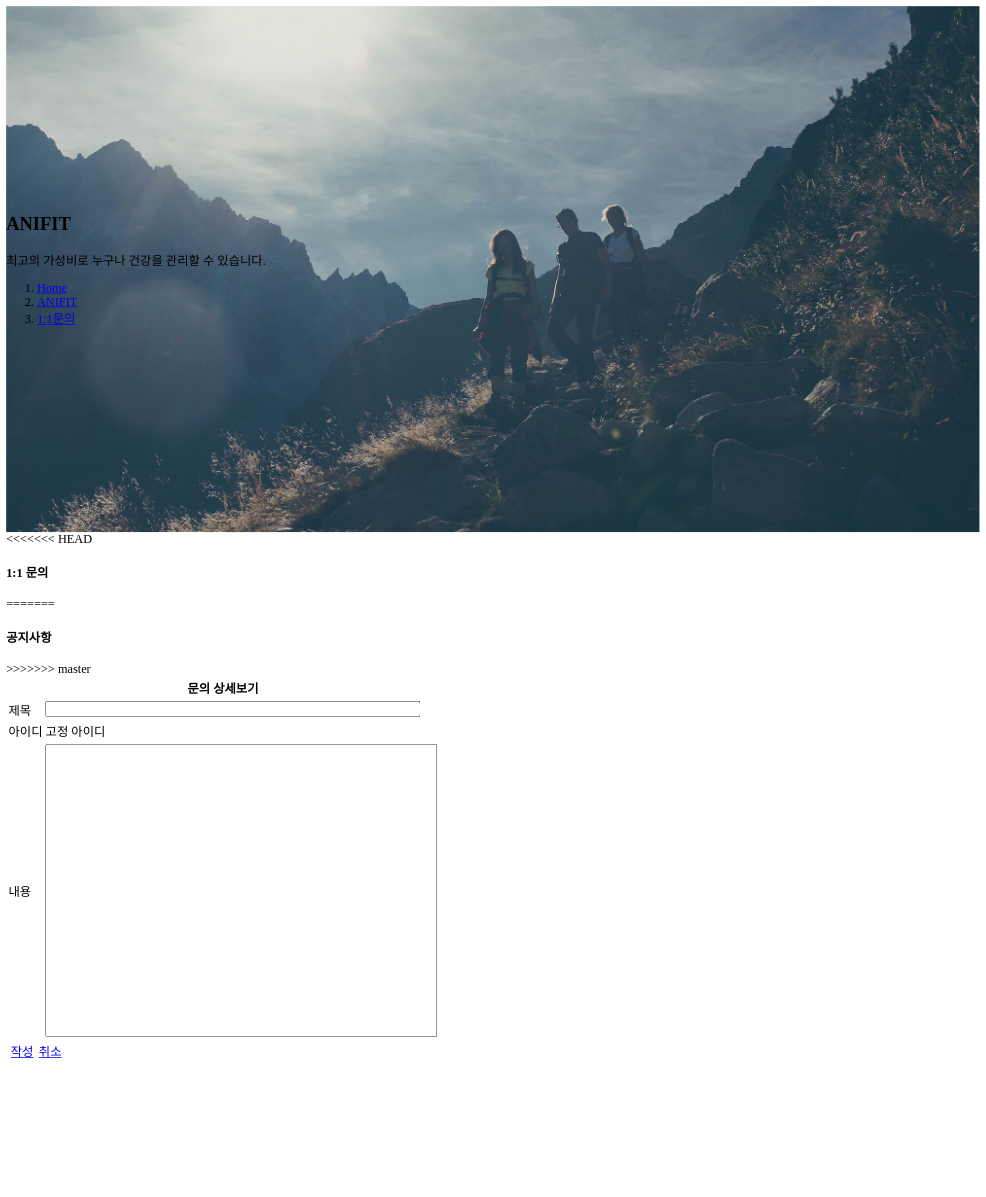
Repository: sjhello/Kitri_SpringProject
Page: http://localhost/SpringProject/WEB-INF/views/notice/notice-update.jsp
These files come from the project's save history. The page is drawn as it stood at one moment and after the next save; the edit follows.
The browser window is 1280 px wide. The pictures show the whole page, at 77% of full size.
The page is served by Tomcat 9. Nobody is signed in. The template is opened directly, without the code that normally fills it, so the values that code supplies are empty.

Above is the page before, as saved 2018-12-04 05:21:03.

After the next save:
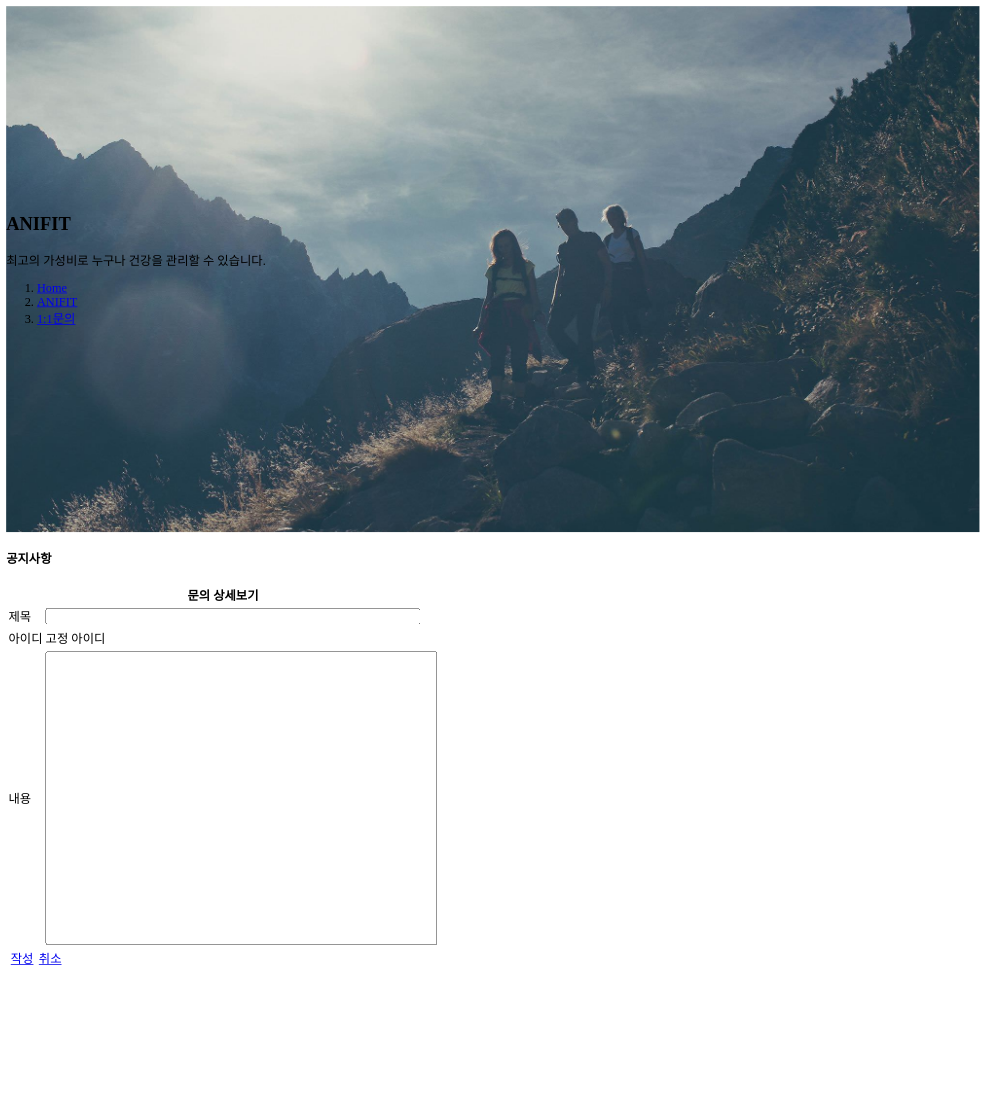
Saved 33 s later.
--- a/SpringProject/src/main/webapp/WEB-INF/views/notice/notice-update.jsp
+++ b/SpringProject/src/main/webapp/WEB-INF/views/notice/notice-update.jsp
@@ -19,11 +19,7 @@
 		<section id="content">
 			<div class="content-wrap">
 				<div class="container clearfix" style="margin-bottom: 175px;">
-<<<<<<< HEAD
-					<h4>1:1 문의</h4>
-=======
 					<h4>공지사항</h4>
->>>>>>> master
 					<div class="col_one">
 						<table class="table table-bordered">
 						  <thead>
